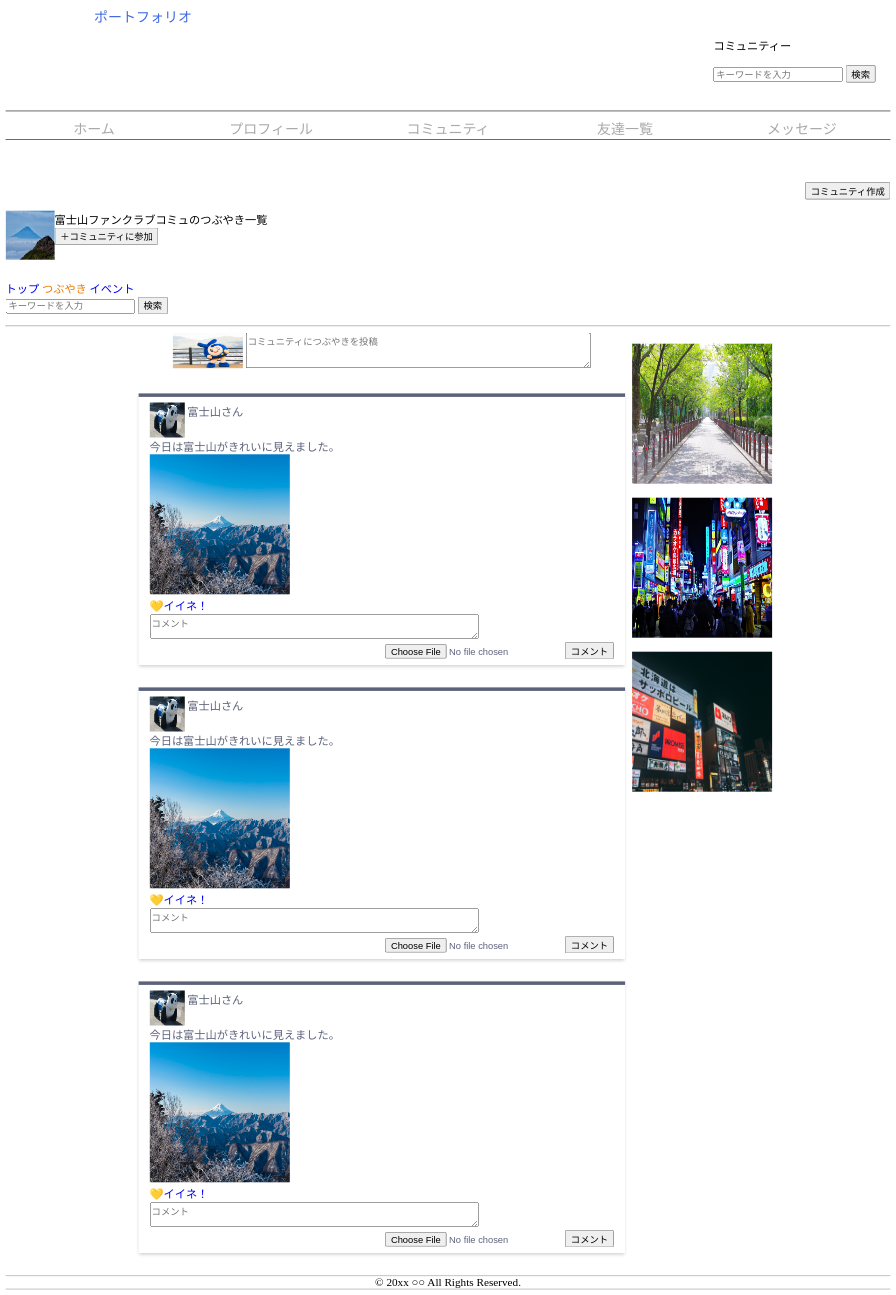
Repository: yuukiabc/samurai_PHP
Page: CMT.html
The author's editor kept a record of every edit. The page is drawn from the files as they stood at one moment, then again after the next edit.
The browser window is 1280 px wide. The pictures show the whole page, at 70% of full size.

Above is the page before.

After the next edit:
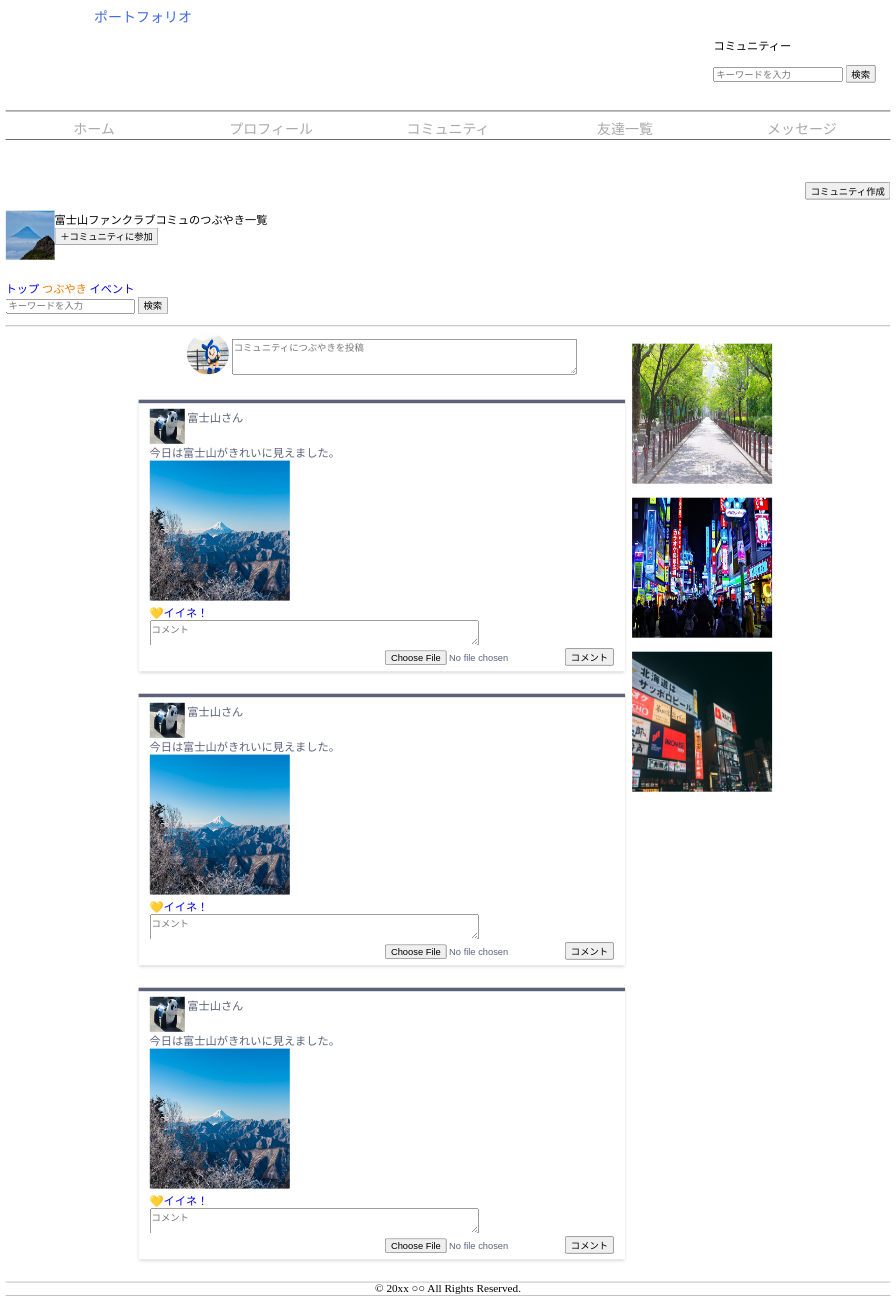
The edit:
--- a/CMT.css
+++ b/CMT.css
@@ -104,3 +104,8 @@
 .i{
     padding-top:60px;
 }
+.photo img{
+    border-radius:50%;
+    width:60px;
+    height:60px;
+}
